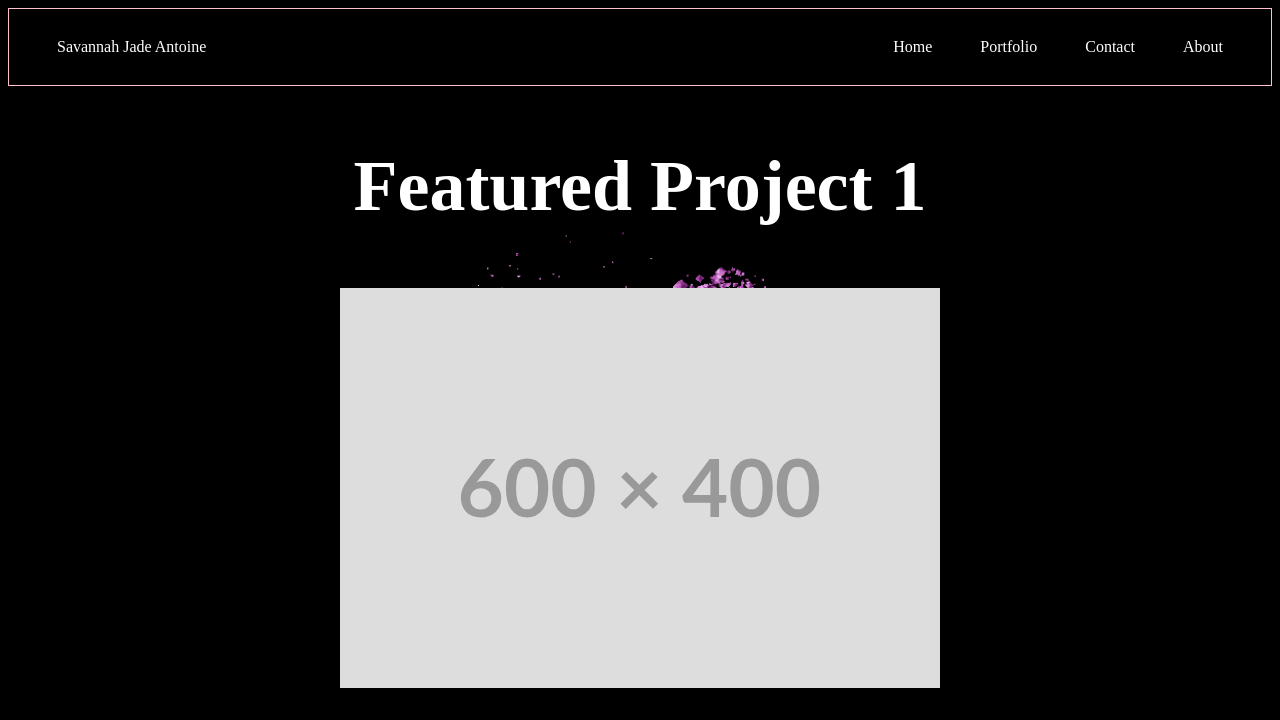
Repository: Savannah-Antoine/Savannah-Antoine
Page: pages/project-name-1.html
The author's editor kept a copy of each file at every save. The page is drawn from the files as they stood at one save, then again after the next save.
The browser window is 1280 px wide. The pictures show the whole page.

Above is the page before, as saved 2026-05-15 14:42:23.

After the next save:
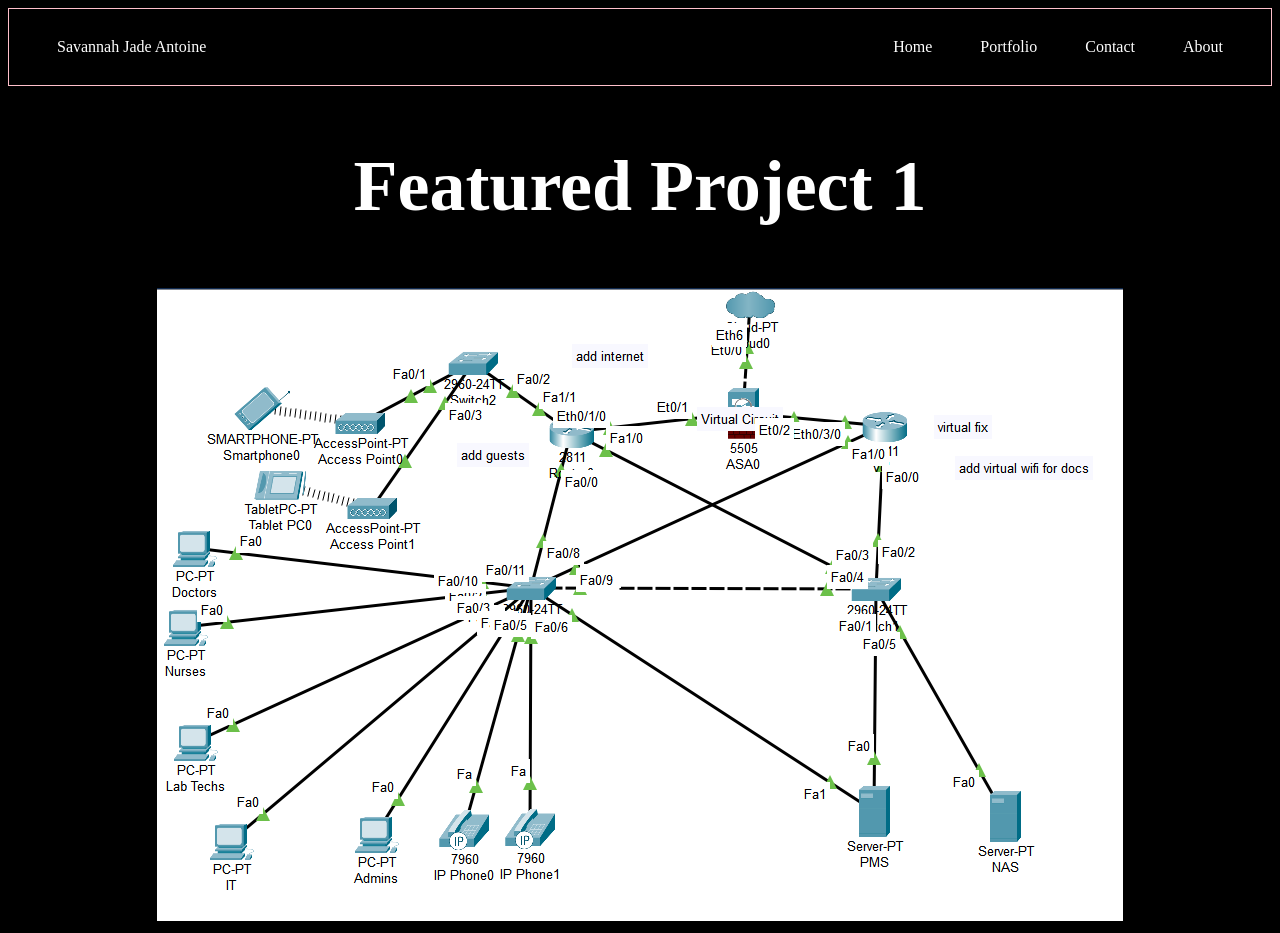
Saved 2 min 26 s later.
--- a/pages/project-name-1.html
+++ b/pages/project-name-1.html
@@ -25,7 +25,7 @@
 
 <section >
 <h1>Featured Project 1</h1>
-<img src = "../assets/images/placeholder1.svg" alt = "First Portfolio placeholder image" />
+<img src = "../assets/images/Project1.png" alt = "First Portfolio placeholder image" />
 
 
 </section>
